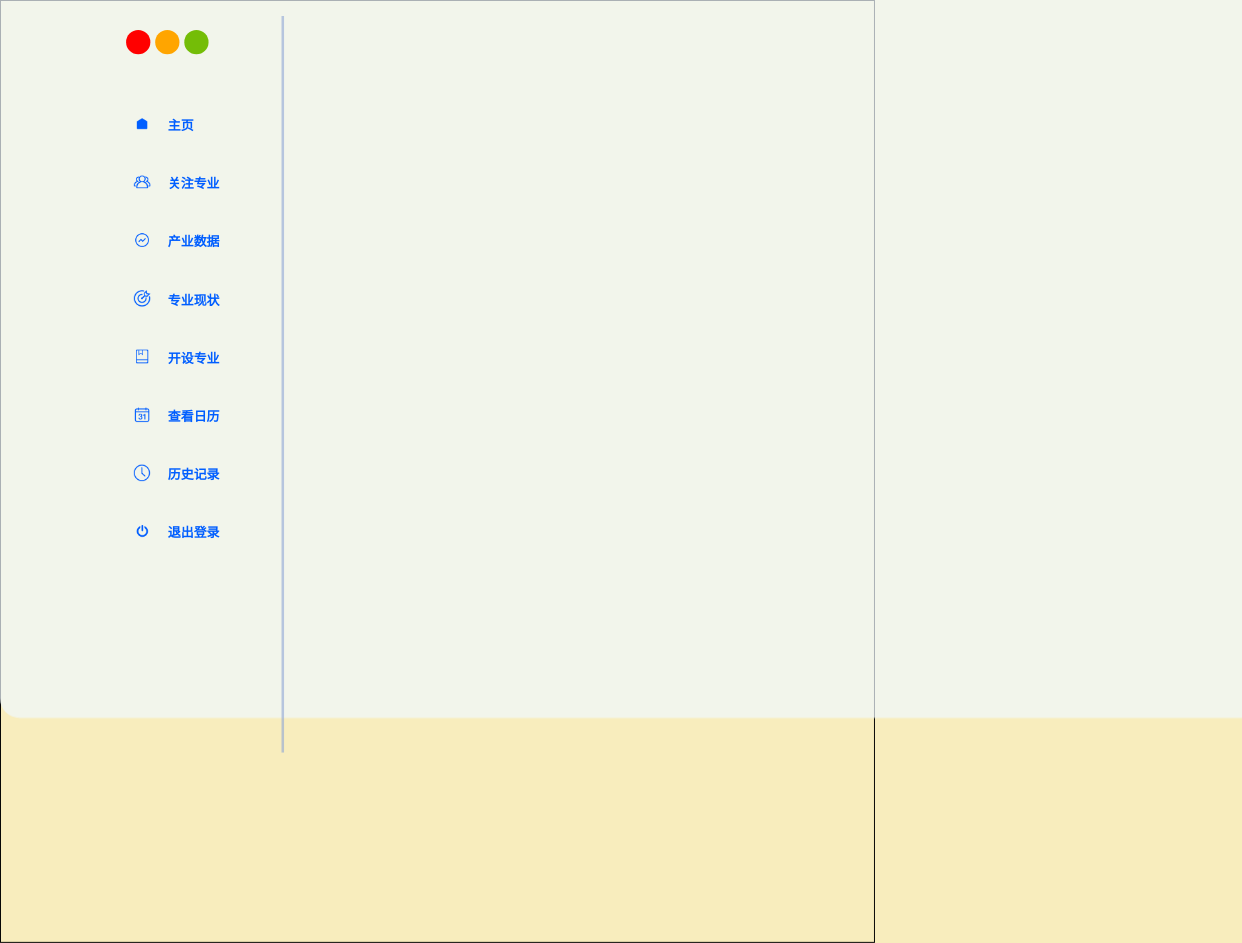
Repository: akaCSDN/test
Page: 2.1主页.html
These files come from the project's save history. The page is drawn as it stood at one moment and after a run of saves; the edit follows.
The browser window is 1280 px wide. The pictures show the whole page, at 97% of full size.

Above is the page before, as saved 2022-12-03 22:01:16.

After the next 2 saves:
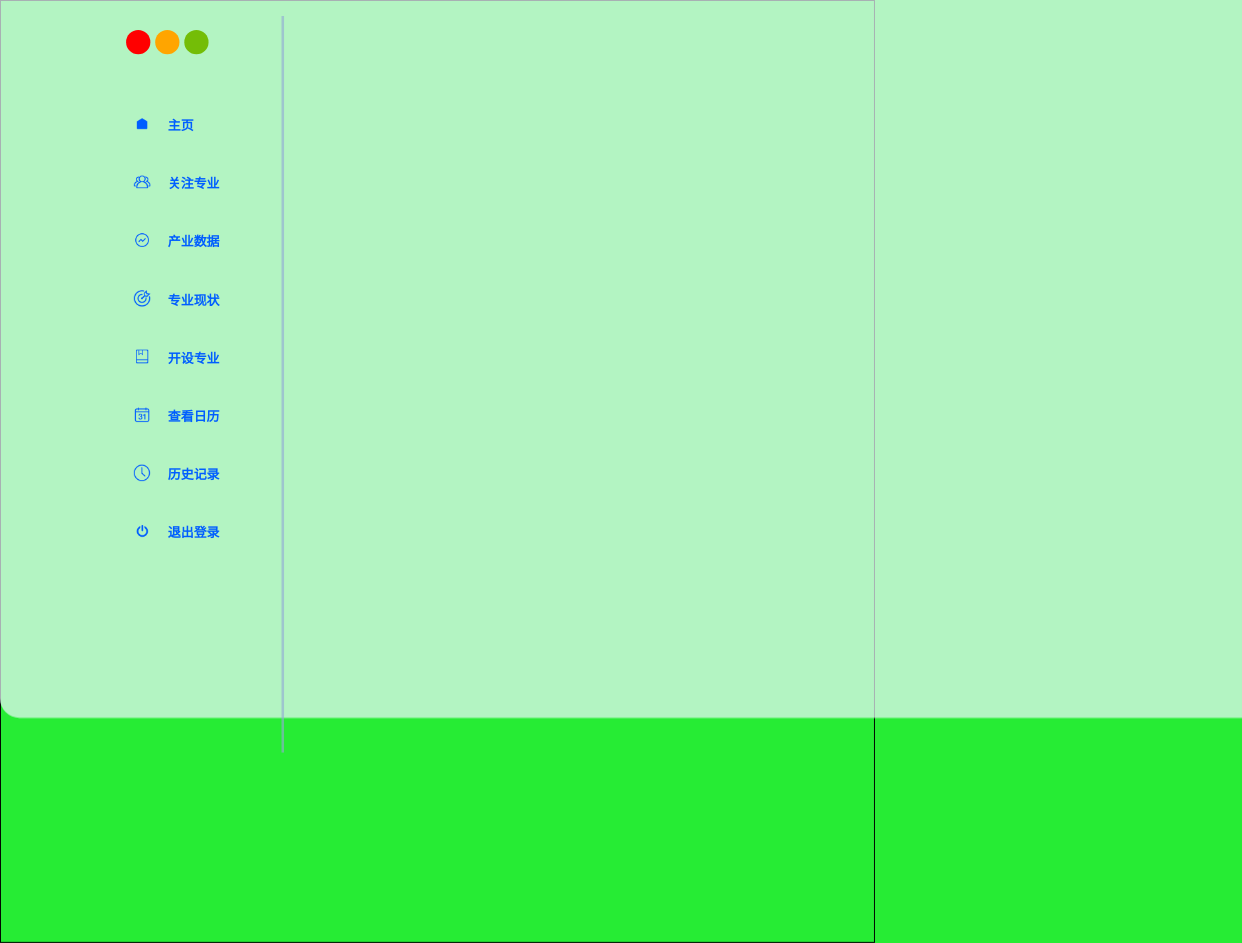
The 2 saves are shown as one change because they came seconds apart.
The last was saved 30 s later.
--- a/2.1主页.html
+++ b/2.1主页.html
@@ -103,7 +103,7 @@
         }
     </style>
 </head>
-<body style="background-color: rgb(248, 237, 189);">
+<body style="background-color: rgb(38, 236, 52);">
 
     <div class="main">
     </div>
